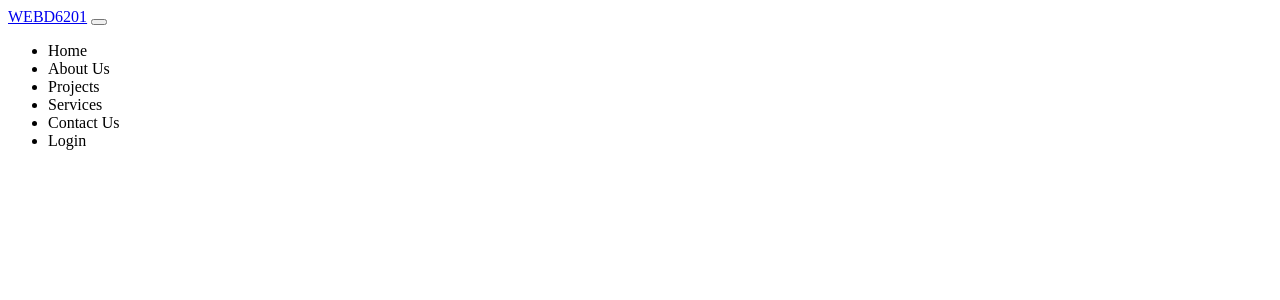
Repository: vans12345678/WEBD6201-W2021-Week7b
Page: views/components/header.html
The author's editor kept a copy of each file at every save. The page is drawn from the files as they stood at one save, then again after the next save.
The browser window is 1280 px wide. The pictures show the whole page.

Above is the page before, as saved 2021-03-03 10:06:09.

### views/components/header.html
<!-- Main Navigation -->
<nav class="navbar navbar-expand-lg navbar-dark bg-dark">
  <div class="container-fluid">
    <a class="navbar-brand" href="index.html">WEBD6201</a>
    <button class="navbar-toggler" type="button" data-bs-toggle="collapse" data-bs-target="#navbarSupportedContent" aria-controls="navbarSupportedContent" aria-expanded="false" aria-label="Toggle navigation">
      <span class="navbar-toggler-icon"></span>
    </button>
    <div class="collapse navbar-collapse" id="navbarSupportedContent">
      <ul class="navbar-nav me-auto mb-2 mb-lg-0">
        <li class="nav-item">
          <a id ="home" class="nav-link" aria-current="page" ><i class="fas fa-home fa-lg"></i> Home</a>
        </li>

        <li class="nav-item">
          <a id ="about" class="nav-link" aria-current="page" ><i class="fas fa-info fa-lg"></i> About Us</a>
        </li>

        <li class="nav-item">
          <a id ="projects" class="nav-link" aria-current="page" ><i class="fas fa-cog fa-lg"></i> Projects</a>
        </li>

        <li class="nav-item">
          <a id ="services" class="nav-link" aria-current="page"><i class="fas fa-map fa-lg"></i> Services</a>
        </li>

        <li class="nav-item">
          <a id ="contact" class="nav-link" aria-current="page"><i class="fas fa-phone fa-lg"></i> Contact Us</a>
        </li>

        <li id="login" class="nav-item">
          <a id ="login" class="nav-link" aria-current="page"><i class="fas fa-sign-in-alt"></i> Login</a>
        </li>
      </ul>
    </div>
  </div>
</nav>

After the next save:
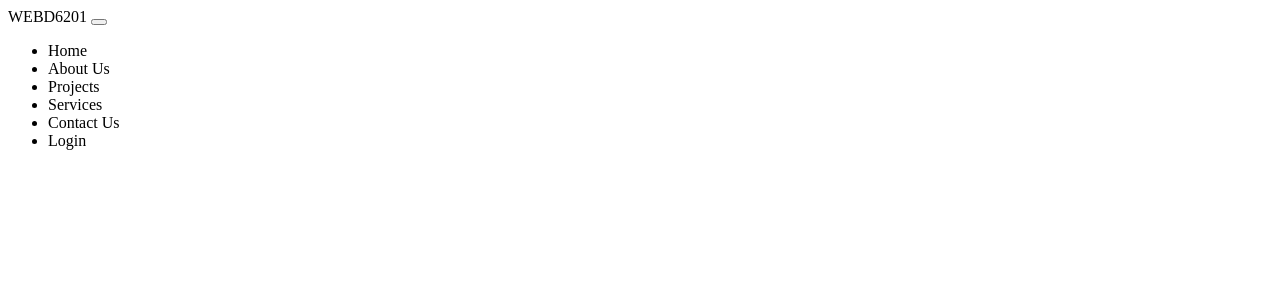
Saved 16 s later.
--- a/views/components/header.html
+++ b/views/components/header.html
@@ -1,7 +1,7 @@
 <!-- Main Navigation -->
 <nav class="navbar navbar-expand-lg navbar-dark bg-dark">
   <div class="container-fluid">
-    <a class="navbar-brand" href="index.html">WEBD6201</a>
+    <a class="navbar-brand" >WEBD6201</a>
     <button class="navbar-toggler" type="button" data-bs-toggle="collapse" data-bs-target="#navbarSupportedContent" aria-controls="navbarSupportedContent" aria-expanded="false" aria-label="Toggle navigation">
       <span class="navbar-toggler-icon"></span>
     </button>
